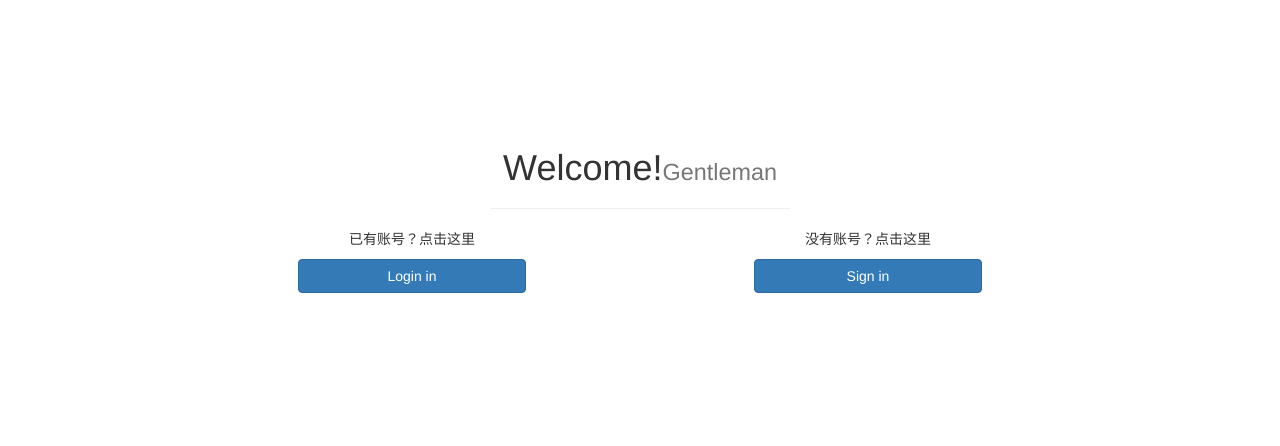
Repository: JasonBour/Beautypedia
Page: http://localhost/
These files come from the project's save history. The page is drawn as it stood at one moment and after the next save; the edit follows.
The browser window is 1280 px wide. The pictures show the whole page.
The page is run by PHP 8.4 with error messages shown; the project is at /var/www/html/.

Above is the page before, as saved 2015-09-13 12:41:58.

### Beautypedia/index.php
<html>
<head>
<meta charset="utf-8">
<link rel="stylesheet" type="text/css" href="./css/bootstrap.min.css"><!-- css file-->
<link rel="stylesheet" type="text/css" href="./css/index.css">
</head>
<body>


<div class="container ">
    <h1  class="title">Welcome!<small>Gentleman</small></h1>



     <HR align=center width=300 color=#987cb9 SIZE=1>

  <div  class="login">
   <p>已有账号？点击这里</p>
   <button type="button" class="btn btn-primary btn-block">Login in</button>

  </div>

  <div class="signin">
  <p>没有账号？点击这里</p>
   <button type="button" class="btn btn-primary btn-block">Sign in</button>

  </div>
 </div>


</body>

</html>

### Beautypedia/css/index.css
@CHARSET "UTF-8";
div.container{
	text-align:center;
	 margin-top:10%;

}
div.login{
	width:20%;
	float:left;
	margin-left:20%
}
div.signin{
 float:left;
	width:20%;
	margin-left:20%
}

Loaded but not shown: Beautypedia/css/bootstrap.min.css (library)

After the next save:
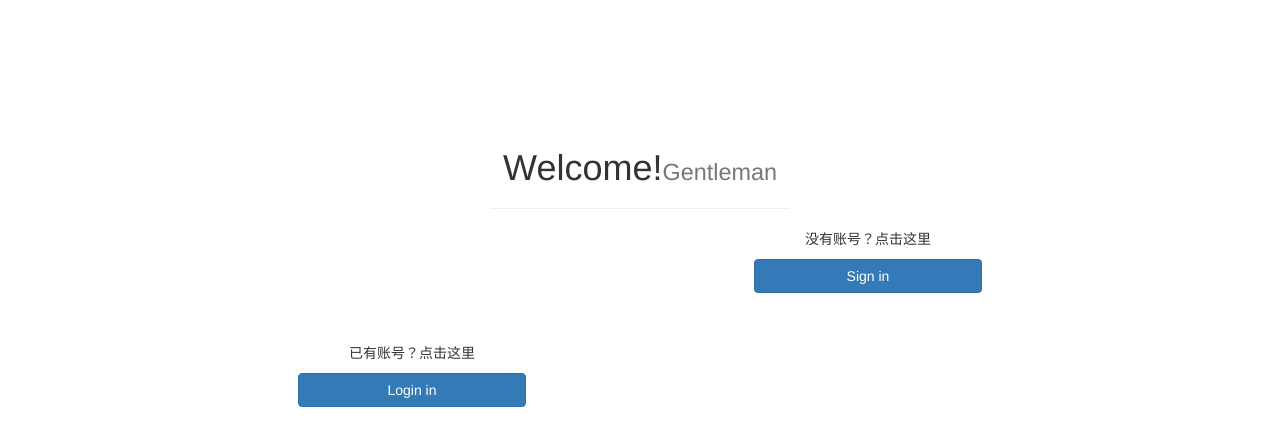
Saved 21 s later.
--- a/Beautypedia/css/index.css
+++ b/Beautypedia/css/index.css
@@ -7,7 +7,8 @@ div.container{
 div.login{
 	width:20%;
 	float:left;
-	margin-left:20%
+	margin-left:20%;
+	margin-top:10%
 }
 div.signin{
  float:left;
